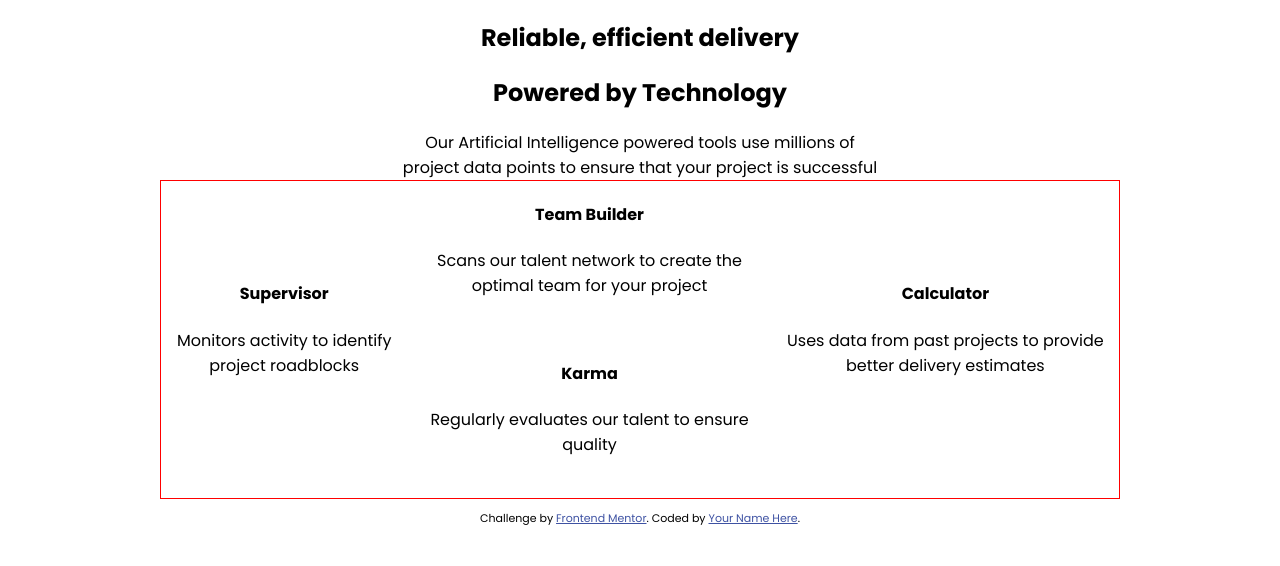
Repository: BuduCE/four-card-feature-section-master
Page: index.html
The author's editor kept a copy of each file at every save. The page is drawn from the files as they stood at one save, then again after a run of saves.
The browser window is 1280 px wide. The pictures show the whole page.

Above is the page before, as saved 2023-06-01 22:15:38.

After the next 3 saves:
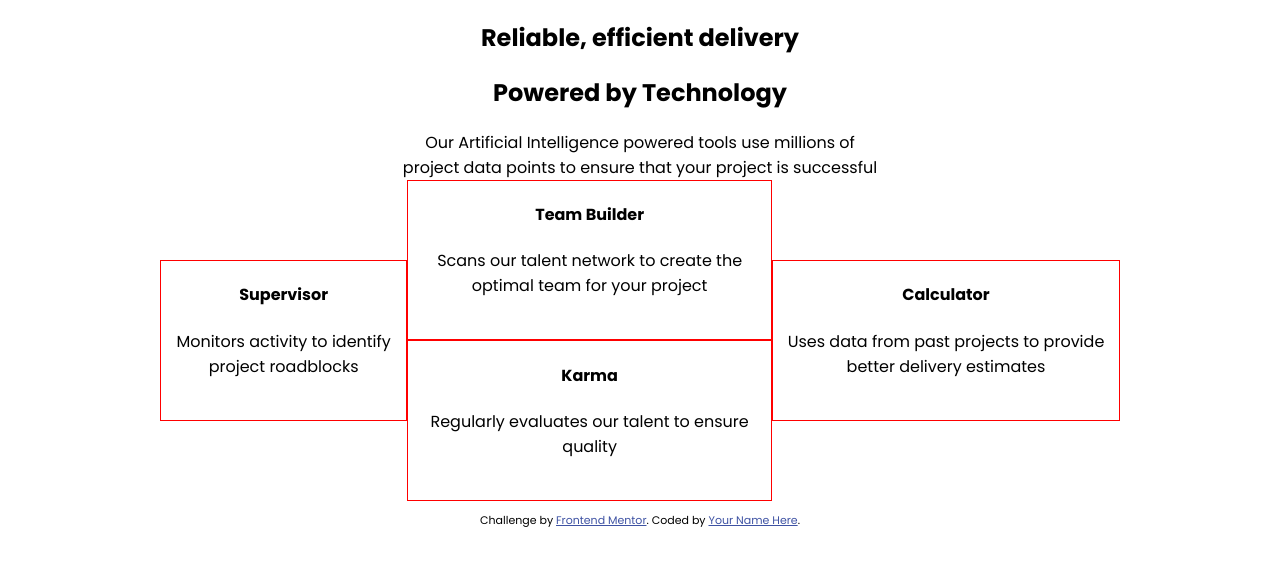
The 3 saves are shown as one change because they came seconds apart.
The last was saved 8 s later.
--- a/styles.css
+++ b/styles.css
@@ -22,8 +22,7 @@ body {
     grid-template-columns: 1fr 1fr 1fr; */
     display: flex;
     align-items: center;
+}
+.card{
     border: 1px solid red;
 }
-.card{
-
-}
